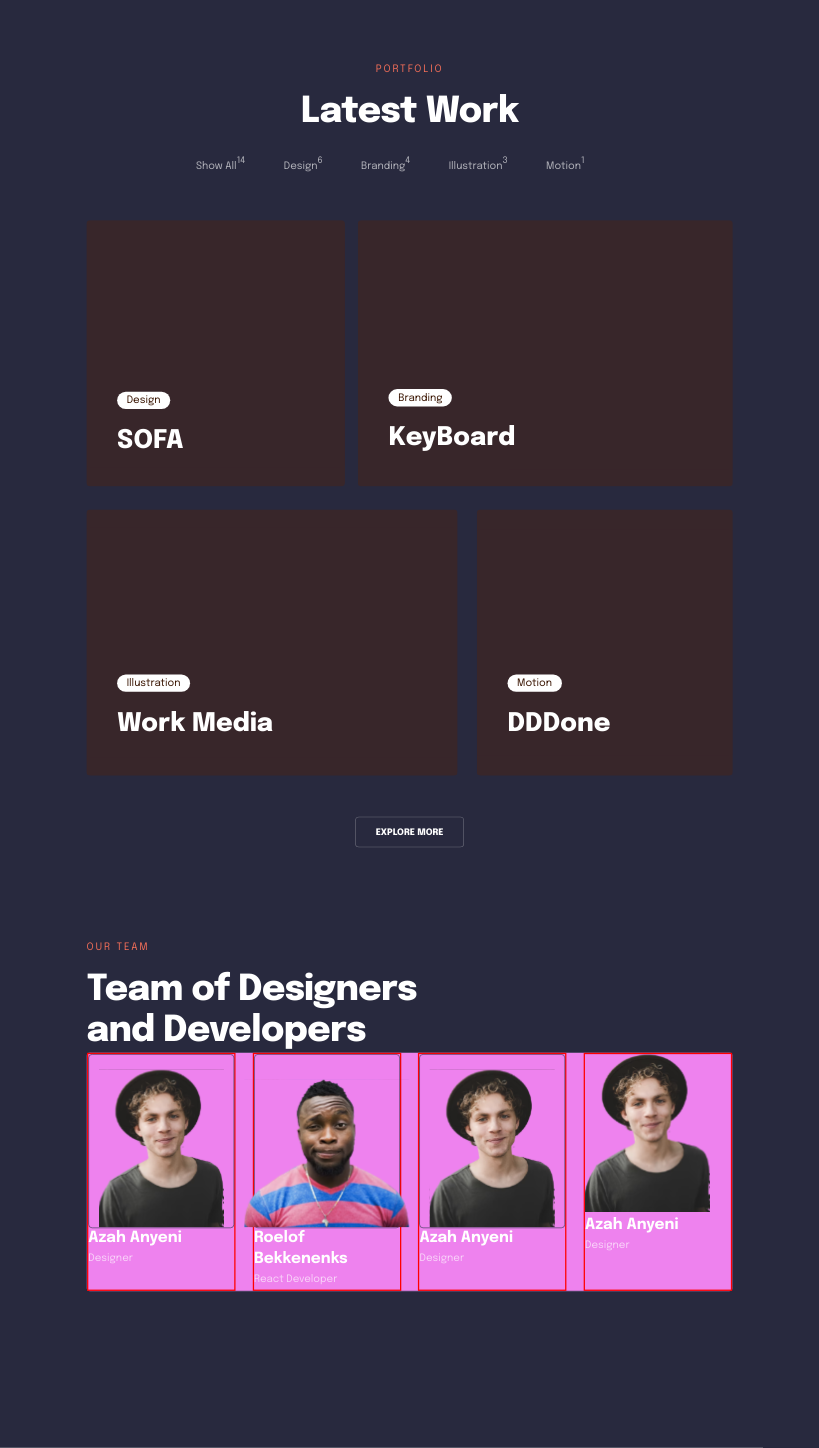
Repository: FidanXankishiyeva/figma-positions-task
Page: index.html
An editor plug-in stored every save of this project. The page is shown before and after a run of saves, followed by the edit.
The browser window is 1280 px wide. The pictures show the whole page, at 64% of full size.

Above is the page before, as saved 2023-08-10 13:47:04.

After the next 3 saves:
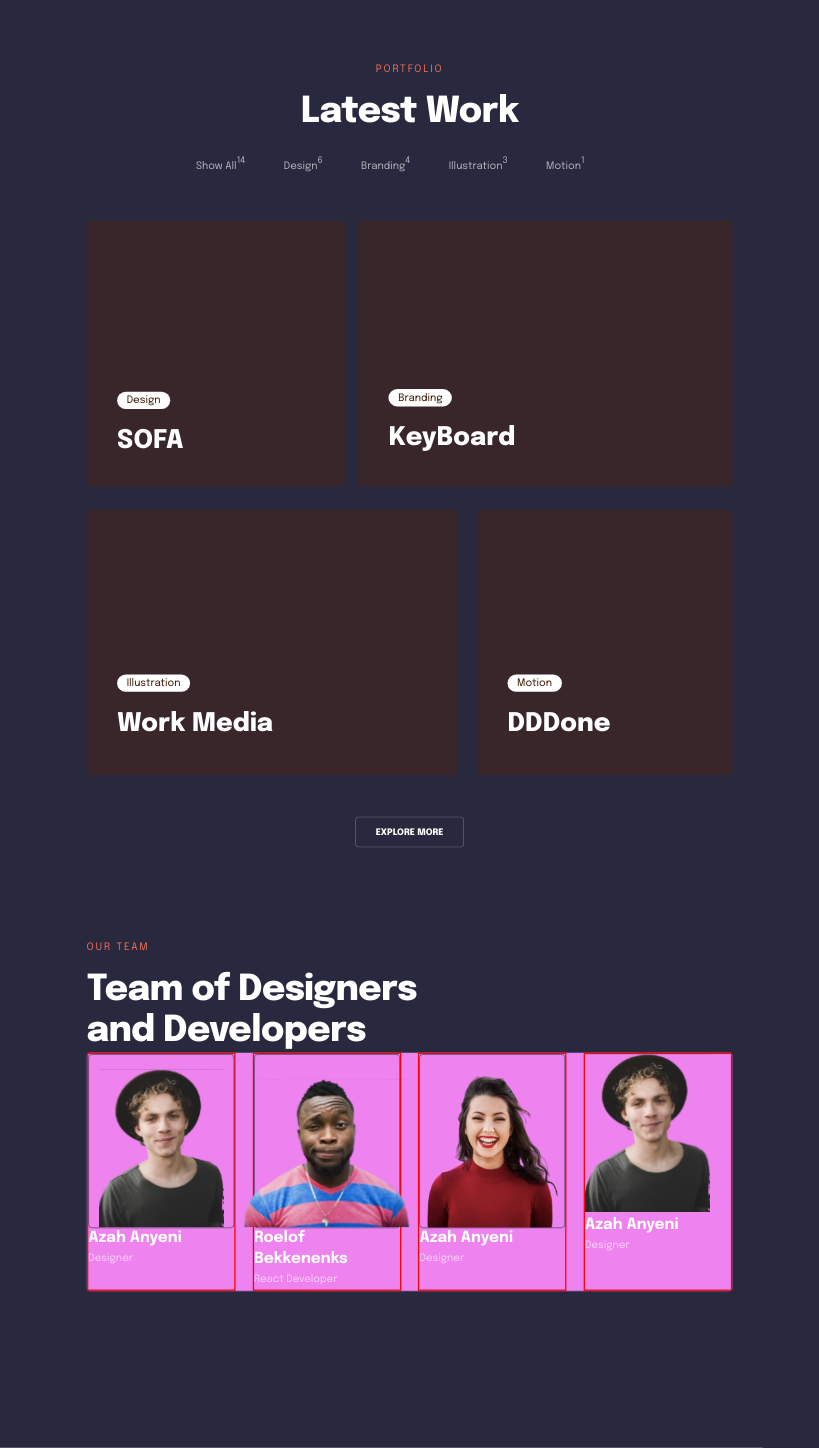
The 3 saves are shown as one change because they came seconds apart.
The last was saved 83 s later.
--- a/index.html
+++ b/index.html
@@ -102,7 +102,7 @@
                     </li>
                     <li>
                         <div>
-                            <img src="./photo/azah.svg" alt="">
+                            <img src="./photo/Bitmap.png" alt="">
                         </div>
                         <h5>Azah Anyeni</h5>
                         <h6>Designer</h6>
